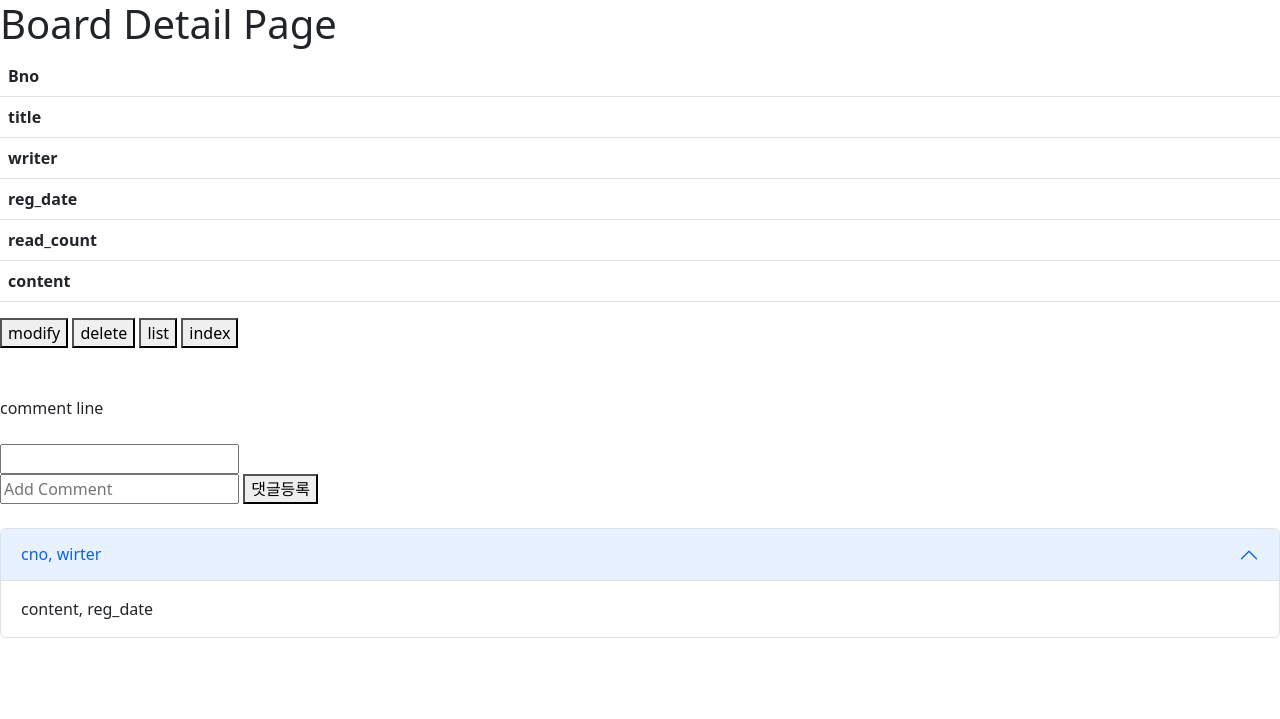
Repository: yangone8249/jsp_project
Page: http://localhost/jsp_project/board/detail.jsp
An editor plug-in stored every save of this project. The page is shown before and after the next save, followed by the edit.
The browser window is 1280 px wide. The pictures show the whole page.
The page is served by Tomcat 9. Other server files are loaded and not shown. The template is opened directly, without the code that normally fills it, so the values that code supplies are empty.

Above is the page before, as saved 2023-05-19 02:20:47.

### jsp_project4/jsp_project/src/main/webapp/board/detail.jsp
<%@ page language="java" contentType="text/html; charset=UTF-8"
    pageEncoding="UTF-8"%>
<%@ taglib uri="http://java.sun.com/jsp/jstl/core"  prefix="c"%>
<!DOCTYPE html>
<html>
<head>
<meta charset="UTF-8">
<title>Board Detail Page</title>
<!-- CSS only -->
<link href="https://cdn.jsdelivr.net/npm/bootstrap@5.2.2/dist/css/bootstrap.min.css" rel="stylesheet" integrity="sha384-Zenh87qX5JnK2Jl0vWa8Ck2rdkQ2Bzep5IDxbcnCeuOxjzrPF/et3URy9Bv1WTRi" crossorigin="anonymous">
<!-- JavaScript Bundle with Popper -->
<script src="https://cdn.jsdelivr.net/npm/bootstrap@5.2.2/dist/js/bootstrap.bundle.min.js" integrity="sha384-OERcA2EqjJCMA+/3y+gxIOqMEjwtxJY7qPCqsdltbNJuaOe923+mo//f6V8Qbsw3" crossorigin="anonymous"></script>
</head>
<body>
<h1>Board Detail Page</h1>

<table class="table table-hover">
<tr>
	<th>Bno</th>
	<td>${bvo.bno }</td>
</tr>
<tr>
	<th>title</th>
	<td>${bvo.title }</td>
</tr>
<tr>
	<th>writer</th>
	<td>${bvo.writer }</td>
</tr>
<tr>
	<th>reg_date</th>
	<td>${bvo.reg_date }</td>
</tr>
<tr>
	<th>read_count</th>
	<td>${bvo.read_count }</td>
</tr>
<tr>
	<th>content</th>
	<td>${bvo.content }</td>
</tr>

</table>
<a href="/brd/modify?bno=${bvo.bno }"><button type="button">modify</button></a>
<a href="/brd/delete?bno=${bvo.bno }"><button type="button">delete</button></a>
<a href="/brd/list"><button type="button">list</button></a>
<a href="/"><button type="button">index</button></a>

<div><br><br>
comment line<br><br>
<!-- 댓글 작성 라인 -->
<input type="text" id="cmtWriter" value="${ses.id }" readonly="readonly"><br>
<input type="text" id="cmtText" placeholder="Add Comment">
<button type="button" id="cmtAddBtn">댓글등록</button>
</div><br>

<!-- 댓글 표시 라인 -->
<div class="accordion" id="accordionExample">
  <div class="accordion-item">
    <h2 class="accordion-header" id="headingOne">
      <button class="accordion-button" type="button" data-bs-toggle="collapse" data-bs-target="#collapseOne" aria-expanded="true" aria-controls="collapseOne">
        cno, wirter
      </button>
    </h2>
    <div id="collapseOne" class="accordion-collapse collapse show" aria-labelledby="headingOne" data-bs-parent="#accordionExample">
      <div class="accordion-body">
        content, reg_date
      </div>
    </div>
  </div>
</div>
</body>
</html>

After the next save:
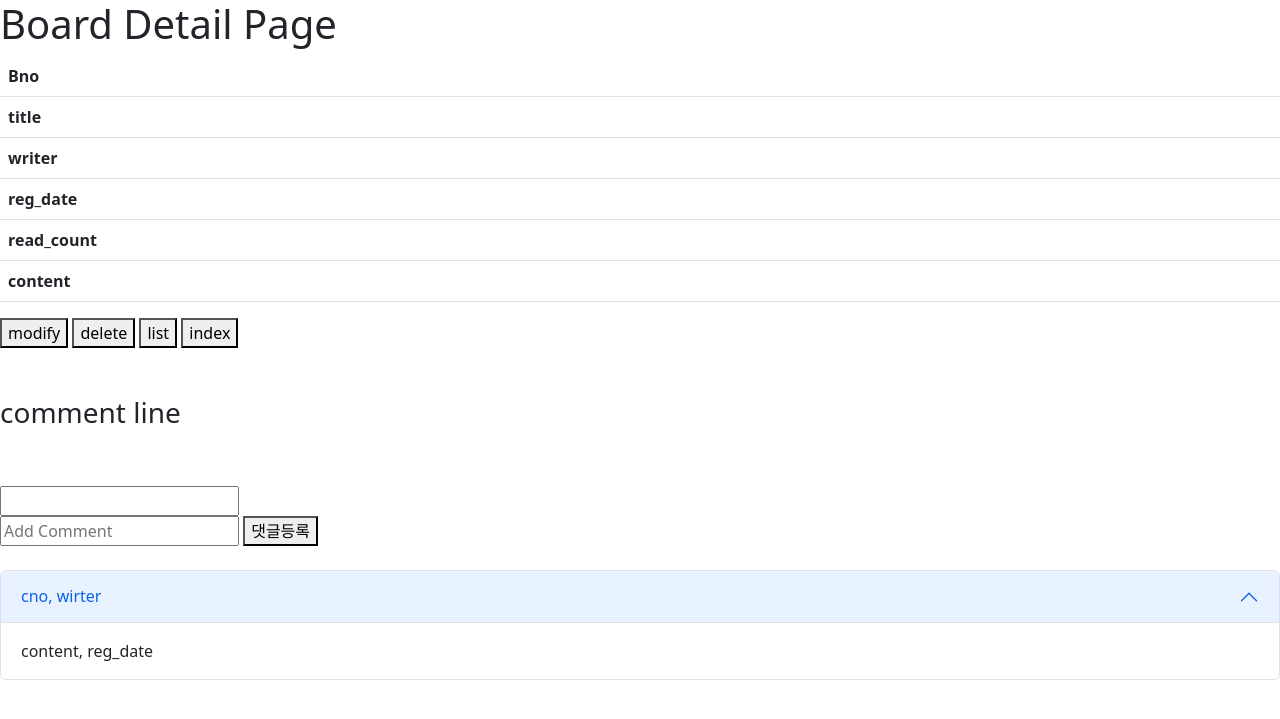
Saved 35 s later.
--- a/jsp_project4/jsp_project/src/main/webapp/board/detail.jsp
+++ b/jsp_project4/jsp_project/src/main/webapp/board/detail.jsp
@@ -47,7 +47,7 @@
 <a href="/"><button type="button">index</button></a>
 
 <div><br><br>
-comment line<br><br>
+<h3>comment line</h3><br><br>
 <!-- 댓글 작성 라인 -->
 <input type="text" id="cmtWriter" value="${ses.id }" readonly="readonly"><br>
 <input type="text" id="cmtText" placeholder="Add Comment">
